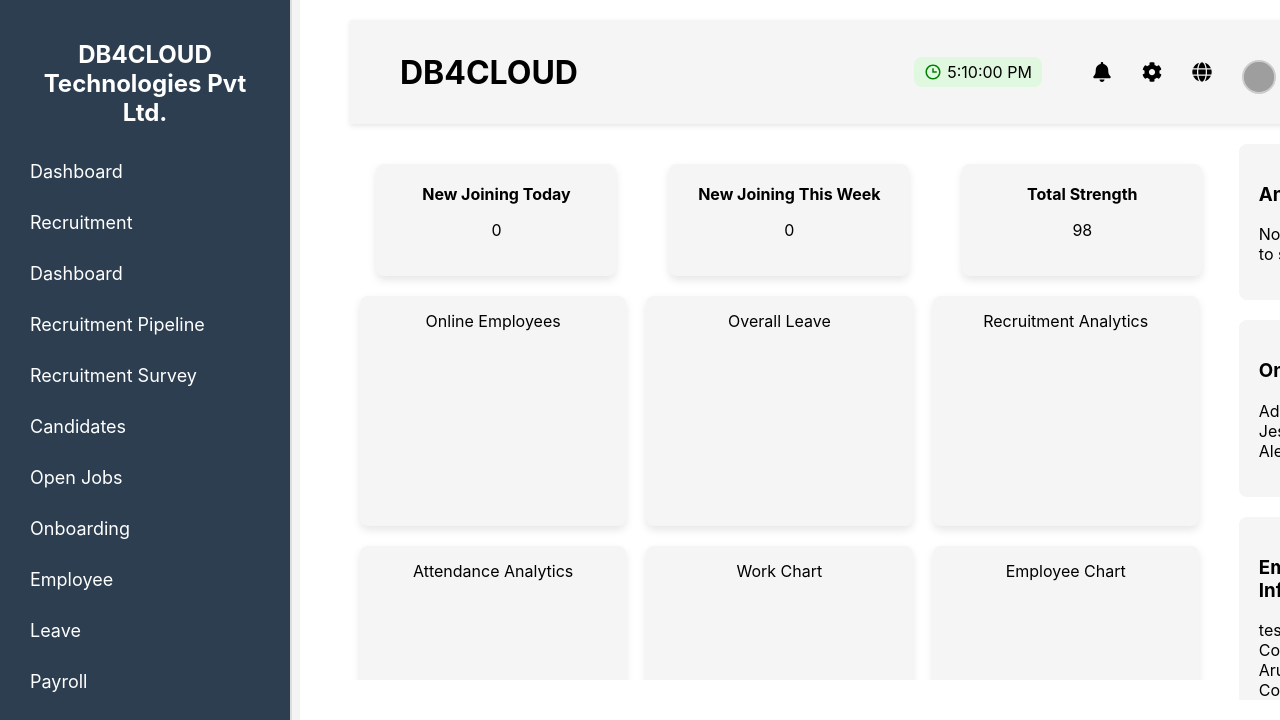
Repository: tinu-ns/Dev-code
Page: / (app in HRMS-DEMO-Sang/hrms/)
An editor plug-in stored every save of this project. The page is shown before and after the next save, followed by the edit.
The browser window is 1280 px wide. The pictures show the whole page.
Pictures or frames that could not be fetched are drawn as grey boxes. An inner scrolling area shows only its first screen. The project was rebuilt for these pictures with package versions that can differ from the ones it lists, and the page was loaded fresh each time. Also part of the build but not shown: HRMS-DEMO-Sang/hrms/src/components/Dashboard.js, HRMS-DEMO-Sang/hrms/src/components/Recruitment/RecruitmentDashboard.js, HRMS-DEMO-Sang/hrms/src/components/Recruitment/RecruitmentPipeline.js, HRMS-DEMO-Sang/hrms/src/components/Payroll/Allowances.css, HRMS-DEMO-Sang/hrms/src/components/Payroll/Allowances.js, HRMS-DEMO-Sang/hrms/src/components/Payroll/Contract.js, HRMS-DEMO-Sang/hrms/src/components/Payroll/Deductions.js, HRMS-DEMO-Sang/hrms/src/components/Payroll/Payslips.js and 2 more.

Above is the page before, as saved 2024-11-11 11:18:52.

### HRMS-DEMO-Sang/hrms/src/App.css
.app{
  display: flex;
  height: 100vh;
  background-color: #f4f4f4;
  overflow: hidden; /* Prevent scrolling*/
}

.content-container{
  flex-grow: 1;
  padding: 20px;
  background-color: #fff;
  margin-left: 250px;         /**/
  display: flex;
  flex-direction: column;

}

.main-section{
  display: flex;
  justify-content: space-between;
  padding: 20px;
  width: 100%;
  flex-grow: 1;
  overflow-y: auto; /* Allows internal scroll within main section only if necessary */


}


.sidebar {
  width: 250px;
  background-color: #2c3e50;
  position: fixed;
  height: 100vh;
}

### HRMS-DEMO-Sang/hrms/src/components/Sidebar.css
 .container{
    display: flex;
    height: 100vh;
    margin-right: 50px;
}

/*
.content{
    flex-grow: 1;
    padding: 20px;
    padding-left: 50px;

}  */

.sidebar {
    width: 220px;
    height: 100vh;
    background-color: #503f2c;
    padding: 20px;
    color: white;
    height: 100vh;
    position: fixed;
    top: 0;
    left: 0;
    border-right: 2px solid #ddd;
    overflow-y: auto;        /* Allows vertical scrolling */
    margin-right: 200px;
    z-index: 1000;

  }



  .sidebar h2{
    text-align: center;
    margin-bottom: 30px;
    font-size: 24px;
  }

  .sidebar-list{
    list-style-type: none;
    padding: 0;
  }


  .sidebar-list li{
    margin-bottom: 15px;
  }

  .sidebar-list li a {
    color: white;
    text-decoration: none;
    font-size: 18px;
    padding: 10px;
    border-radius: 4px;
    display: block;
  }

  .sidebar-list li a:hover{
    color: #1abc9c;
  }

  .sidebar-list li a.active{
    background-color: #1abc9c;
    color: white;
  }

  .sidebar {
    width: 250px;
    background-color: #2E3A46;
    color: #FFF;
    padding: 20px;
    height: 100vh;
  }

  .sidebar h2 {
    font-size: 1.5em;
    margin-bottom: 1em;
  }

  .sidebar ul {
    list-style: none;
    padding: 0;
  }

  .sidebar li {
    margin: 10px 0;
  }

  .sidebar li ul {
    margin-top: 5px;
  }

  .sidebar a {
    color: #FFF;
    text-decoration: none;
  }

  .sidebar a:hover {
    text-decoration: underline;
  }

  .sidebar a.active {
    color: #20c997;
  }

  .sidebar ul li a:hover, .menu-toggle:hover {
    background-color: #34495e;
  }

  .menu-toggle {
    background: none;
    border: none;
    color: #ecf0f1;
    font-size: 1rem;
    text-align: left;
    cursor: pointer;
    width: 100%;
    padding: 10px;
  }

  .submenu {
    list-style-type: none;
    padding-left: 20px;
  }

  .submenu li a {
    padding-left: 20px;
    font-size: 0.9rem;
  }

### HRMS-DEMO-Sang/hrms/src/components/Recruitment/RecruitmentPipeline.css
.pipeline-container {
    padding: 20px;
    background-color: #f5f5f5;
    border-radius: 8px;
  }

  .pipeline-section {
    margin-top: 20px;
  }

  .pipeline-section h3 {
    background-color: #f8f9fa;
    padding: 10px;
    border-left: 5px solid #ffa500;
  }

  .recruitment-table {
    width: 100%;
    border-collapse: collapse;
  }

  .recruitment-table th,
  .recruitment-table td {
    padding: 10px;
    border-bottom: 1px solid #ddd;
    text-align: left;
  }

  .recruitment-table th {
    background-color: #f1f1f1;
  }

  button {
    padding: 5px 10px;
    margin: 0 5px;
    border: none;
    border-radius: 4px;
    cursor: pointer;
  }

  button:hover {
    background-color: #ddd;
  }

### HRMS-DEMO-Sang/hrms/src/components/Payroll/Contract.css
.contract-page {
    padding: 20px;
  }

  .header-container {
    display: flex;
    justify-content: space-between;
    align-items: center;
    margin-bottom: 20px;
  }

  .header-title {
    font-size: 24px;
    font-weight: bold;
  }

  .header-right {
    display: flex;
    align-items: center;
    gap: 10px;
  }

  .search-bar {
    display: flex;
    align-items: center;
    gap: 3px;
    padding: 5px 10px;
    border-radius: 4px;


  }

  .search-bar input {
    border: none;
    outline: none;
  }

  .header-icon {
    font-size: 35px;
    cursor: pointer;

  }

  .action-button,
  .create-button {
    padding: 5px 15px;
    border: none;
    border-radius: 4px;
    cursor: pointer;
  }

  .action-button {
    background-color: #f0f0f0;
  }

  .create-button {
    background-color: #007bff;
    color: white;
  }

  .contract-table {
    width: 100%;
    border-collapse: collapse;
  }

  .contract-table th,
  .contract-table td {
    border: 1px solid #ddd;
    padding: 8px;
    text-align: left;
  }

  .contract-table th {
    background-color: #f2f2f2;
    cursor: pointer;
  }

.contract-table input[type="text"],
.contract-table input[type="date"],
.contract-table input[type="number"] {
  width: 100%;
  padding: 4px;
  box-sizing: border-box;
}

.table-action-button {
  padding: 4px 10px;
  margin-right: 5px;
  background-color: #007bff;
  color: white;
  border: none;
  border-radius: 4px;
  cursor: pointer;
}

.table-action-button:hover {
  background-color: #0056b3;
}

.table-action-button:disabled {
  background-color: #ccc;
  cursor: not-allowed;
}

/*  For create page*/
.create-page {
    background-color: #f9f9f9;
    border: 1px solid red ;
    border: 1.5px solid rgb(246, 235, 235);
    padding: 20px;
    max-width: 1000px;
    width: 80%;
    margin: 40px auto;
    box-shadow: 0 4px 10px rgba(0, 0, 0, 0.1);
    border-radius: 8px;
  }

  .create-page-sub-container{
    padding: 30px;
    max-width: 700px;
    margin: 40px auto;
    background-color: #ffffff;
    border-radius: 8px;
    border: 1.5px solid rgb(216, 212, 212);
  }

  .contract-row {
    padding-bottom: 20px;
    display: flex;
    align-items: center;
    gap: 10px; /* Adjust the gap between the heading and the dropdown as needed */
}

  .contract-heading {
    margin: 0;
    font-size: 1.5rem;
    padding-right: 50%                                                                          ;
  }

  .contract-status {
    padding: 5px;
    font-size: 1rem;
    justify-content: end;
    border: 1px solid red ;

  }


  .create-form .form-group {
    margin-bottom: 15px;
  }

  .form-row {
    display: flex;
    gap: 20px;
  }

  .form-group label {
    font-weight: bold;
  }


  .required {
    color: red;
    margin-left: 5px;
  }

  .info-icon {
    margin-left: 5px;
    color: #888;
    cursor: help;
    font-size: 0.85rem;
  }

  .create-form save-button {
    margin-top: 20px;
    padding: 10px 20px;
    background-color: #007bff;
    color: white;
    border: none;
    border-radius: 4px;
    cursor: pointer;
    position: absolute;
    bottom: 20px;
    right: 20px;
  }

  .save-button{
    background-color: #28a745;
    margin-top: 20px;
    padding: 10px 20px;
    color: white;
    border: none;
    border-radius: 4px;
    cursor: pointer;
    display: flex;
    justify-content: flex-end;
    align-items: flex-end;
     }

  .save-button:hover {
    background-color: #0056b3;
  }

  .half-width {
    display: flex;
    gap: 10px;
  }

  .full-width textarea {
    width: 100%;
    height: 100px;
  }

  .create-button {
    padding: 10px 20px;
    margin: 10px;
    background-color: #28a745;
    color: white;
    border: none;
    cursor: pointer;
  }


  /*  home page filter style*/
 /* Filter Popup Overlay */
.filter-popup-overlay {
    position: fixed;
    top: 0;
    left: 0;
    right: 0;
    bottom: 1;
    background-color: rgba(0, 0, 0, 0.5);
    display: flex;
    justify-content: center;
    align-items: center;
    z-index: 999;
  }

  /* Filter Popup */
  .filter-popup {
    background-color: #fff;
    padding: 20px;
    border-radius: 8px;
    width: 400px;
    box-shadow: 0 4px 8px rgba(0, 0, 0, 0.1);
  }

  .filter-popup h2 {
    margin-top: 0;
    font-size: 20px;
    font-weight: bold;
    color: #333;
    margin-bottom: 20px;
    text-align: center;
  }

  .filter-popup .filter-row {
    display: flex;
    flex-direction: column;
    margin-bottom: 15px;
  }

  .filter-group {
    margin-bottom: 15px;
  }

  .filter-group label {
    display: block;
    margin-bottom: 5px;
  }

  .filter-popup .filter-row label {
    font-size: 14px;
    color: #555;
    margin-bottom: 5px;
  }

  .filter-popup .filter-row input,
  .filter-popup .filter-row select {
    padding: 8px;
    font-size: 14px;
    border: 1px solid #ddd;
    border-radius: 4px;
    width: 100%;
  }
  .no-data {
    text-align: center;
    color: #888;
    padding: 15px;
    font-style: italic;
  }

  .filter-popup button {
    width: 100%;
    padding: 10px;
    background-color: #007bff;
    color: #fff;
    border: none;
    border-radius: 4px;
    font-size: 14px;
    cursor: pointer;
    margin-top: 15px;
  }

  .filter-popup button:hover {
    background-color: #cfddec;
  }

  .close-button {
    margin-top: 10px;
    background-color: #8b3838;
  }

  .close-button:hover {
    background-color: #ac7474;
  }

### HRMS-DEMO-Sang/hrms/src/components/Payroll/PayrollDashboard.css
/* PayrollDashboard.css */
.payroll-dashboard {
  padding: 20px;
}

.status-containers {
  display: flex;
  justify-content: space-between;
  margin-bottom: 20px;
}

.status-container {
  background-color: #f0f0f0;
  border: 1px solid #ccc;
  padding: 10px;
  text-align: center;
  width: 18%;
}

.paid {
  background-color: #d4edda;
}
.confirmed {
  background-color: #cce5ff;
}
.review {
  background-color: #fff3cd;
}
.draft {
  background-color: #f8d7da;
}


.export-buttons {
  display: flex;
  gap: 10px;
  padding: 10px;
  text-align: center;
  cursor: pointer;
  width: 100px;


}

.export{
    color: #28a745;
    font-size: 15px;
    padding: 10px 15px;
    font-weight: 700;
    cursor: pointer;
    font-size: 15px;
    background-color:  #e3e8eb;
    border-radius: 5px;
    border: none;
}

.export:hover {
    background-color: rgb(152, 225, 152);
  }

.export-form {
  margin-top: 20px;
  border: 1px solid #ccc;
  padding: 20px;
  background-color: #f9f9f9;
  border: 1px solid #ccc;
  border-radius: 5px;
  width: 40%;
  display: flex;
  flex-direction: column;
  box-shadow: 0px 4px 8px rgba(0, 0, 0, 0.1);
}

.form-row {
    display: flex;
    gap: 20px;
    margin-bottom: 10px;
  }

  .form-group {
    display: flex;
    flex-direction: column;
    flex: 1;
  }

  .form-group label {
    margin-bottom: 5px;
    font-size: 14px;
    color: #333;
    font-weight: bold;
  }

.export-form label {
  display: block;
  margin-bottom: 10px;
}

.export-form input,
.export-form select {
    padding: 8px;
  border: 1px solid #ccc;
  border-radius: 5px;
}

.export-form button {
  margin-top: 10px;
  padding: 10px;
  background-color: #28a745;
  color: white;
  border: none;
  cursor: pointer;
}

.submit-button:hover {
    background-color: #218838;
  }

.status {
  display: flex;
  justify-content: space-around;
  gap: 20px;
}

.status-item {
  background-color: #f5f5f5;
  padding: 20px;
  width: 200px;
  text-align: center;
  border-radius: 8px;
  margin-bottom: 20px;
  box-shadow: 0px 4px 8px rgba(0, 0, 0, 0.1);
  border-top: 1px solid green;
}

.row-container {
  display: flex;
  align-items: center;
  justify-content: space-between; /* Space between calendar and export button */
  margin-bottom: 20px;
  background-color: #d4edda;
  text-align: center;
  align-self: center;


}

.calendar-container {
    margin-bottom: 20px;
  }


.date-selector {
  display: flex;
  flex-direction: row;
  padding: 10px;
}

.date-selector label {
  font-size: 14px;
  margin-bottom: 5px;
  margin-right: 10px;
  color: rgb(121, 5, 5);
  font-weight: bold;
  text-align: center;
}

.date-selector input[type="month"] {
  padding: 5px;
  border: 1px solid #ccc;
  border-radius: 5px;
  box-shadow: 0px 4px 8px rgba(0, 0, 0, 0.1);
}

.dashboard-content {
  display: grid;
  grid-template-columns: 1fr 1fr;
  gap: 20px;
}

.employee-payslips,
.contributions,
.contracts-ending,
.department-chart {
  background-color: #ffffff;
  border: 1px solid #e0e0e0;
  border-radius: 8px;
  padding: 20px;
}

.employee-payslips h3,
.contributions h3,
.contracts-ending h3,
.department-chart h3 {
  font-size: 16px;
  color: #333333;
  margin-bottom: 10px;
  text-align: center;
  padding-bottom: 10px;
}

.payslip-chart,
.chart-placeholder {
  height: 200px;
  background-color: hsl(335, 23%, 90%);
  border-radius: 8px;
  display: flex;
  align-items: center;
  justify-content: center;
}


.payslip-chart {
    height: 300px;
    border-radius: 8px;
    display: flex;
    align-items: center;
    justify-content: center;
    padding: 10px;
  }

  .contributions {
    margin-top: 20px;
  }


.employee-dropdown {
  width: 100%;
  padding: 8px;
  margin-bottom: 20px;
  border: 1px solid #ccc;
  border-radius: 5px;
}

table {
  width: 100%;
  border-collapse: collapse;
  margin-top: 10px;
}

th,
td {
  padding: 8px;
  text-align: left;
  border-bottom: 1px solid #ddd;
}

.avatar {
    display: inline-flex;
    align-items: center;
    justify-content: center;
    width: 30px;
    height: 30px;
    border-radius: 50%;
    background-color: #007bff;
    color: white;
    font-weight: bold;
    margin-right: 8px;
    font-size: 14px;
}

.no-contracts {
  text-align: center;
  color: #777;
  font-style: italic;
}

.department-chart {
    background-color: #ffffff;
    border: 1px solid #e0e0e0;
    border-radius: 8px;
    padding: 20px;
    text-align: center;
  }

  .department-chart h3 {
    font-size: 16px;
    color: #333333;
    margin-bottom: 10px;
  }

  .department-chart canvas {
    max-width: 300px; /* Adjust size if needed */
    margin: 0 auto;
  }

  .contracts-ending {
    background-color: #ffffff;
    border: 1px solid #e0e0e0;
    border-radius: 8px;
    padding: 20px;
    box-shadow: 0px 4px 8px rgba(0, 0, 0, 0.1);
    margin-bottom: 20px;
  }

  .contracts-header {
    display: flex;
    flex-direction: column;
    align-items: flex-start;
    margin-bottom: 15px;
  }

  .contracts-header h3 {
    font-size: 16px;
    color: #333333;
    margin: 0;
  }

  .contract-count {
    color: #888;
    font-size: 14px;
  }

  .contract-list {
    display: flex;
    flex-direction: column;
    gap: 10px;
  }

  .contract-item {
    display: flex;
    align-items: center;
    gap: 10px;
    padding: 10px;
    background-color: #f5f5f5;
    border-radius: 6px;
    transition: background-color 0.3s ease;
  }

  .contract-item:hover {
    background-color: #e8f8ff;
  }

  .contract-circle {
    width: 40px;
    height: 40px;
    background-color: #007bff;
    color: #ffffff;
    font-weight: bold;
    display: flex;
    align-items: center;
    justify-content: center;
    border-radius: 50%;
    font-size: 14px;
  }

  .contract-details {
    display: flex;
    flex-direction: column;
  }

  .employee-name {
    font-weight: 600;
    color: #333;
  }

  .contract-date {
    font-size: 13px;
    color: #555;
  }

### HRMS-DEMO-Sang/hrms/src/components/Header.css
.bg-container{
  padding-left: 30px;

}

.header {
    background-color: #f5f5f5;
    padding: 10px 20px;
    display: flex;
    justify-content: space-between;
    align-items: center;
    box-shadow: 0px 2px 5px rgba(0, 0, 0, 0.1);
  }

  .header-left {
    display: flex;
    align-items: center;
  }

  .menu-button {
    font-size: 24px;
    background: none;
    border: none;
    cursor: pointer;
  }

  .h1{
    margin-left: 15px;
    font-size: 24px;
    color: red! important ;
  }

  .header-right{
    display: flex;
    align-items: center;
  }

  .icon{
    margin-left: 20px;
    font-size: 20px;
    cursor: pointer;
  }

  .time-box {
    display: flex;
    align-items: center;
    background-color: #e0f7e0;
    padding: 5px 10px;
    border-radius: 8px;
    margin-right: 20px;
  }

  .time-icon {
    margin-right: 5px;
    font-size: 18px;
    color: green;
  }

  .user-profile{
    display: flex;
    align-items: center;
    cursor: pointer;
    position: relative;
  }

  .user-avatar{
    padding: 20px;
  }

  .avatar{
    width: 40px;
    height: 40px;
    background-color: #d4d4d4;
    border-radius: 50%;
    display: flex;
    justify-content: center;
    align-items: center;
    font-size: 18px;
    color: white;
    margin-right: 10px;

  }

  .user-name{
    font-weight: bold;
  }

  .dropdown{
    position: absolute;
    top: 50px;
    right: 0;
    background-color: #fff;
    box-shadow: 0px 2px 8px rgba(0, 0, 0, 0.1);
    border-radius: 5px;
    z-index: 100;
  }

  .dropdown ul {
    list-style-type: none;
    padding: 10px;
    margin: 0;
  }

  .dropdown ul li {
    padding: 10px 15px;
    cursor: pointer;
  }

  .dropdown ul li:hover {
    background-color: #f5f5f5;
  }

  .user-info {
    display: flex;
    align-items: center;
  }

  .user-name {
    margin-right: 10px;
  }

### HRMS-DEMO-Sang/hrms/src/components/MainContent.css
.main-contents {
    flex-grow: 1;
    padding: 20px;
    overflow-y: auto; /* Allows content scroll within main-contents only */
    max-height: 100%; /* Ensures it does not exceed its parent container */



  }

  .stats {
    display: flex;
    justify-content: space-around;
    gap: 20px;
  }

  .stat-item {
    background-color: #f5f5f5;
    padding: 20px;
    width: 200px;
    text-align: center;
    border-radius: 8px;
    margin-bottom: 20px;
    box-shadow: 0px 4px 8px rgba(0, 0, 0, 0.1);
  }

  .stat-item h3 {
    margin: 0;
    font-size: 16px;
  }

  /* Main content area */
.main-content {
  display: flex;
}

/* Charts section */
.charts {
  display: grid;
  grid-template-columns: repeat(3, 1fr);
  gap: 20px;
  flex: 3;
  padding-right: 20px;
}

.chart {
  background-color: #f5f5f5;
  padding: 15px;
  border-radius: 8px;
  min-height: 200px;
  text-align: center;
  box-shadow: 0px 4px 8px rgba(0, 0, 0, 0.1);
}

/* Approval cards in a row */
.approvals {
  display: grid;
  grid-template-columns: repeat(3, 1fr);
  gap: 20px;
}

### HRMS-DEMO-Sang/hrms/src/components/RightSidebar.css
.right-sidebar {
    width: 250px;
  }

  .announcements,
  .on-leave,
  .employee-info {
    background-color: #f5f5f5;
    padding: 20px;
    margin-bottom: 20px;
    border-radius: 8px;
  }

  .on-leave ul,
  .employee-info ul {
    list-style: none;
    padding: 0;
  }

### HRMS-DEMO-Sang/hrms/src/components/Payroll/CreateAllowance.css

.main-container{
    border: 1.5px solid rgb(246, 235, 235);
    padding: 20px;
    max-width: 700px;
    margin: 40px auto;
    background-color: #ffffff;
    box-shadow: 0 4px 10px rgba(0, 0, 0, 0.1);
    border-radius: 8px;
  }

.create-allowance-container {
    padding: 30px;
    max-width: 700px;
    margin: 40px auto;
    background-color: #ffffff;
    border-radius: 8px;
    border: 1.5px solid rgb(216, 212, 212);
  }


  .create-allowance-container h2 {
    text-align: start;
    color: #333;
    font-size: 1.8rem;
    margin-bottom: 20px;

  }

  .create-allowance-container hr{
    margin-bottom: 30px;
  }

  .form-row {
    display: flex;
    justify-content: space-between;
    gap: 20px;
    margin-bottom: 20px;
  }

  .form-group {
    flex: 1;
  }

  .form-group.half-width {
    flex: 0.5;
  }

  .form-group label {
    display: flex;
    align-items: center;
    font-weight: 600;
    color: black;
    margin-bottom: 5px;
    font-size: 15px;
  }

  .form-group label span {
    color: #ff4d4d;
    margin-left: 4px;
  }

  .info-icon {
    margin-left: 5px;
    color: #888;
    cursor: help;
    font-size: 0.85rem;
  }

  input[type="text"],
  input[type="date"],
  input[type="number"],
  select {
    width: 100%;
    padding: 8px;
    border: 1px solid #ddd;
    border-radius: 4px;
    font-size: 1rem;
    font-size: 14px;
    color: rgb(199, 108, 137);

  }

  .filter-btn {
    background-color: #f0f0f0;
    color: #555;
    padding: 6px 12px;
    border: 1px solid #ddd;
    border-radius: 4px;
    font-size: 0.9rem;
    cursor: pointer;
    margin-top: 8px;
  }

  .filter-icons {
    display: flex;
    gap: 5px;
    margin-top: 8px;
    justify-content: end;
    padding: 6px;
  }

  .small-filter-icon {
    font-size: 1.2rem;
    color: orangered;
    text-align: end;
  }

  .filter-span{
    color: orangered;
  }

  /* Toggle Switch */
  .toggle-switch {
    position: relative;
    display: inline-block;
    width: 40px;
    height: 20px;
    margin-top: 8px;
  }

  .toggle-switch input {
    opacity: 0;
    width: 0;
    height: 0;
  }

  .slider {
    position: absolute;
    cursor: pointer;
    top: 0;
    left: 0;
    right: 0;
    bottom: 0;
    background-color: rgb(219, 198, 198);
    transition: 0.4s;
    border-radius: 20px;
  }

  .slider:before {
    position: absolute;
    content: "";
    height: 16px;
    width: 16px;
    left: 2px;
    bottom: 2px;
    background-color: white;
    transition: 0.4s;
    border-radius: 50%;
  }

  input:checked + .slider {
    background-color: orangered;
  }

  input:checked + .slider:before {
    transform: translateX(15px);
  }

  .condition-options{
    font-size: 12px;
    color: rgb(151, 146, 146);
  }

  /* Multi-select box and tag styles */
.multi-select-box {
    display: flex;
    flex-wrap: wrap;
    align-items: center;
    gap: 5px;
    border: 1px solid #ddd;
    padding: 5px;
    border-radius: 4px;
    background-color: #f9f9f9;
  }

  .tag {
    display: flex;
    align-items: center;
    background-color: #a8b4c0;
    color: #ffffff;
    border-radius: 12px;
    padding: 5px 10px;
    font-size: 0.9rem;
    margin: 3px;
  }

  .remove-tag {
    margin-left: 8px;
    cursor: pointer;
    font-weight: bold;
    font-size: 1.1rem;
  }

  /* Avatar styling for selected employee */
.avatar-container{
    display: flex;
  }
.avatar {
    margin-top: 10px;
    display: flex;
    justify-content: center;
    align-items: center;
    width: 30px;
    height: 30px;
    background-color: #b5b0b0;
    border-radius: 50%;
    font-size: 13px;
    font-weight: bold;
    color: #ffffff;
    text-transform: uppercase;
    border: 2px solid #ccc;
  }

  .avatar-text {
    text-align: center;
    line-height: 40px; /* Centers text vertically */
  }

  /* Modal Styling */
.modal {
    position: fixed;
    top: 0;
    left: 0;
    right: 0;
    bottom: 0;
    background: rgba(0, 0, 0, 0.5);
    display: flex;
    align-items: center;
    justify-content: center;
    z-index: 1000;
  }

  .modal-content {
    background: white;
    width: 500px;
    padding: 20px;
    border-radius: 8px;
    position: relative;
  }

  .close-modal {
    position: absolute;
    top: 10px;
    right: 10px;
    background: transparent;
    border: none;
    font-size: 1.5em;
    cursor: pointer;
  }

  .search-bar {
    width: 100%;
    padding: 10px;
    margin-bottom: 15px;
    border: 1px solid #ddd;
    border-radius: 5px;
  }

  .employee-list {
    max-height: 200px;
    overflow-y: auto;
    padding: 5px;
  }

  .employee-item {
    display: flex;
    align-items: center;
    justify-content: space-between;
    padding: 8px;
    border-bottom: 1px solid #eee;
  }

  .employee-item .avatar {
    width: 30px;
    height: 30px;
    background-color: #007bff;
    color: white;
    display: flex;
    align-items: center;
    justify-content: center;
    border-radius: 50%;
    margin-right: 10px;
  }

  .add-employee {
    background-color: #28a745;
    color: white;
    border: none;
    padding: 5px 10px;
    border-radius: 5px;
    cursor: pointer;
  }

  .add-employee:hover {
    background-color: #218838;
  }

  .save-btn-container {
    display: flex;
    justify-content: flex-end;
    align-items: center;
    flex: 0.5;
  }

  .save-btn {
    padding: 12px 20px;
    background-color: #007bff;
    color: #ffffff;
    border: none;
    border-radius: 4px;
    font-size: 1.2rem;
    font-weight: bold;
    cursor: pointer;
    transition: background-color 0.3s;
  }

  .save-btn:hover {
    background-color: #0056b3;
  }

  @media (max-width: 600px) {
    .form-row {
      flex-direction: column;
    }
  }

Loaded but not shown: HRMS-DEMO-Sang/hrms/public/index.html (common file); HRMS-DEMO-Sang/hrms/src/index.js (common file); HRMS-DEMO-Sang/hrms/src/index.css (common file); HRMS-DEMO-Sang/hrms/src/reportWebVitals.js (common file); HRMS-DEMO-Sang/hrms/src/components/Sidebar.js (102 lines, source omitted); HRMS-DEMO-Sang/hrms/src/components/Header.js (91 lines, source omitted); HRMS-DEMO-Sang/hrms/src/App.js (54 lines, source omitted); HRMS-DEMO-Sang/hrms/src/components/MainContent.js (60 lines, source omitted); HRMS-DEMO-Sang/hrms/src/components/RightSidebar.js (31 lines, source omitted)

After the next save:
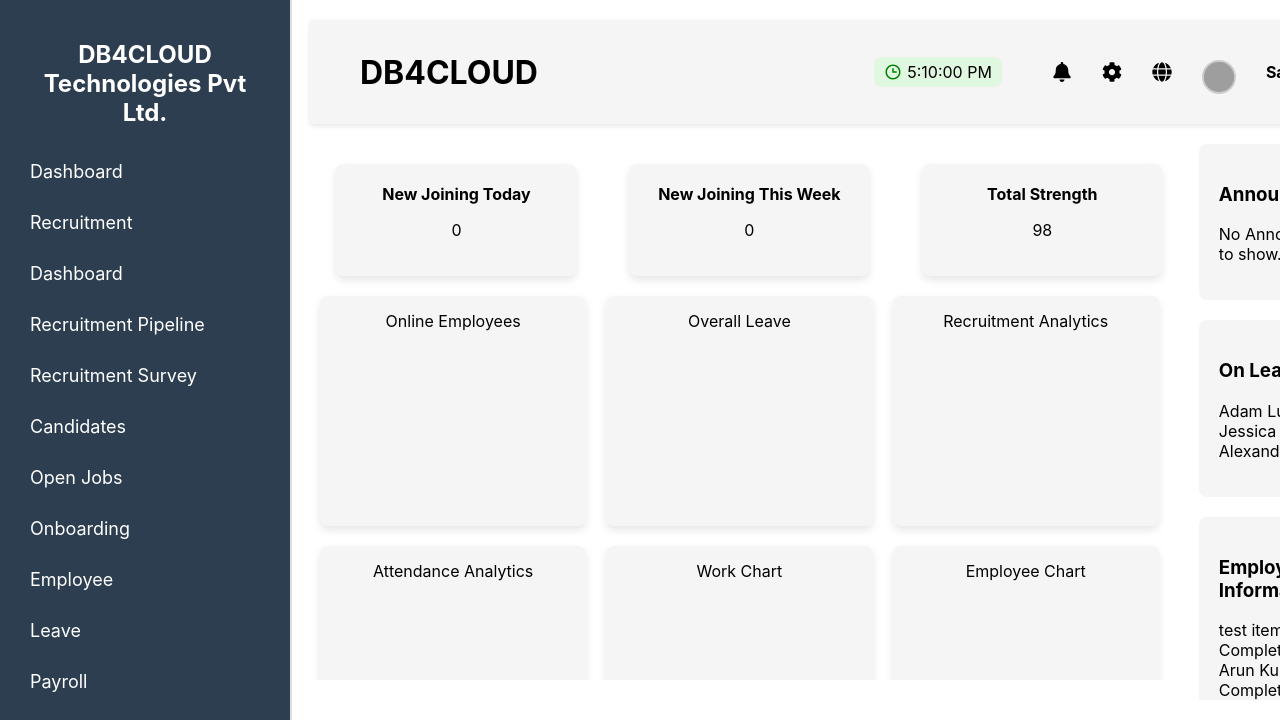
Saved 66 s later.
--- a/HRMS-DEMO-Sang/hrms/src/components/Sidebar.css
+++ b/HRMS-DEMO-Sang/hrms/src/components/Sidebar.css
@@ -1,7 +1,7 @@
  .container{
     display: flex;
     height: 100vh;
-    margin-right: 50px;
+    margin-right: 10px;
 }
 
 /*
